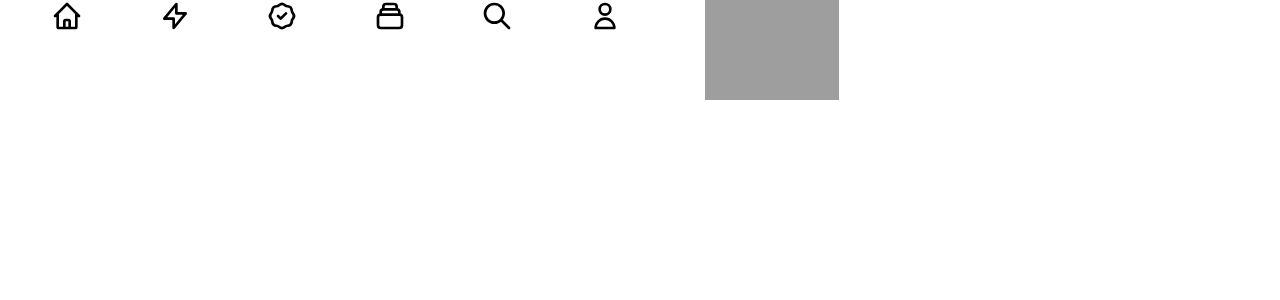
Repository: jafredk/hulu-2
Page: /
An editor plug-in stored every save of this project. The page is shown before and after the next save, followed by the edit.
The browser window is 1280 px wide. The pictures show the whole page.
Pictures or frames that could not be fetched are drawn as grey boxes. The project was rebuilt for these pictures with package versions that can differ from the ones it lists, and the page was loaded fresh each time. The framework's server and built-in components were replaced by stand-ins that run in the browser. Also part of the build but not shown: next.config.js.

Above is the page before, as saved 2021-11-01 13:43:52.

### pages/index.js
import Head from 'next/head'
import Image from 'next/image'
import Header from '../components/Header'


export default function Home() {
  return (
    <div>
      <Head>
        <title>HULU</title>
        <meta name="description" content="Generated by create next app" />
        <link rel="icon" href="/favicon.ico" />
      </Head>



      {/* Header */}
      <Header />



      {/* Nav */}


      {/* Results */}
    </div>
  )
}

### components/Header.js
import {
    BadgeCheckIcon,
    CollectionIcon,
    HomeIcon,
    LightningBoltIcon,
    SearchIcon,
    UserIcon,
} from "@heroicons/react/outline";

import Image from 'next/image'
import HeaderItem from './HeaderItem';

function Header() {
    return (
        <header className="flex flex-col sm:flex-row ">
            <div className="flex flex-grow justify-evenly max-w-2xl">
                <HeaderItem title='HOME' Icon={HomeIcon} />
                <HeaderItem title='TRENDING' Icon={LightningBoltIcon} />
                <HeaderItem title='VERIFIED' Icon={BadgeCheckIcon} />
                <HeaderItem title='COLLECTIONS' Icon={CollectionIcon} />
                <HeaderItem title='SEARCH' Icon={SearchIcon} />
                <HeaderItem title='ACCOUNT' Icon={UserIcon} />
            </div>


            <Image className="object-contain bg " src="https://links.papareact.com/ua6" width={200} height={100} />
        </header>
    );
}

export default Header;

### components/HeaderItem.js
function HeaderItem({ Icon, title }) {
    return (
        <div className=" flex flex-col items-center cursor-pointer group w-12 sm:w-20 hover:text-white ">
            <Icon className="h-8 mb-1 group-hover:animate-bounce" />
            <p className=" opacity-0 group-hover:opacity-100  tracking-widest">{title}</p>
        </div>
    );
}

export default HeaderItem;

Loaded but not shown: pages/_app.js (common file); styles/globals.css (common file)

After the next save:
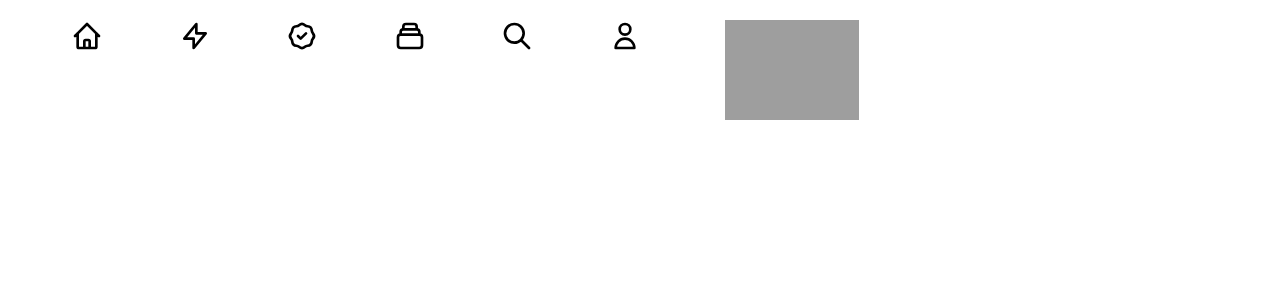
Saved 7 s later.
--- a/components/Header.js
+++ b/components/Header.js
@@ -12,7 +12,7 @@ import HeaderItem from './HeaderItem';
 
 function Header() {
     return (
-        <header className="flex flex-col sm:flex-row ">
+        <header className="flex flex-col sm:flex-row m-5">
             <div className="flex flex-grow justify-evenly max-w-2xl">
                 <HeaderItem title='HOME' Icon={HomeIcon} />
                 <HeaderItem title='TRENDING' Icon={LightningBoltIcon} />
